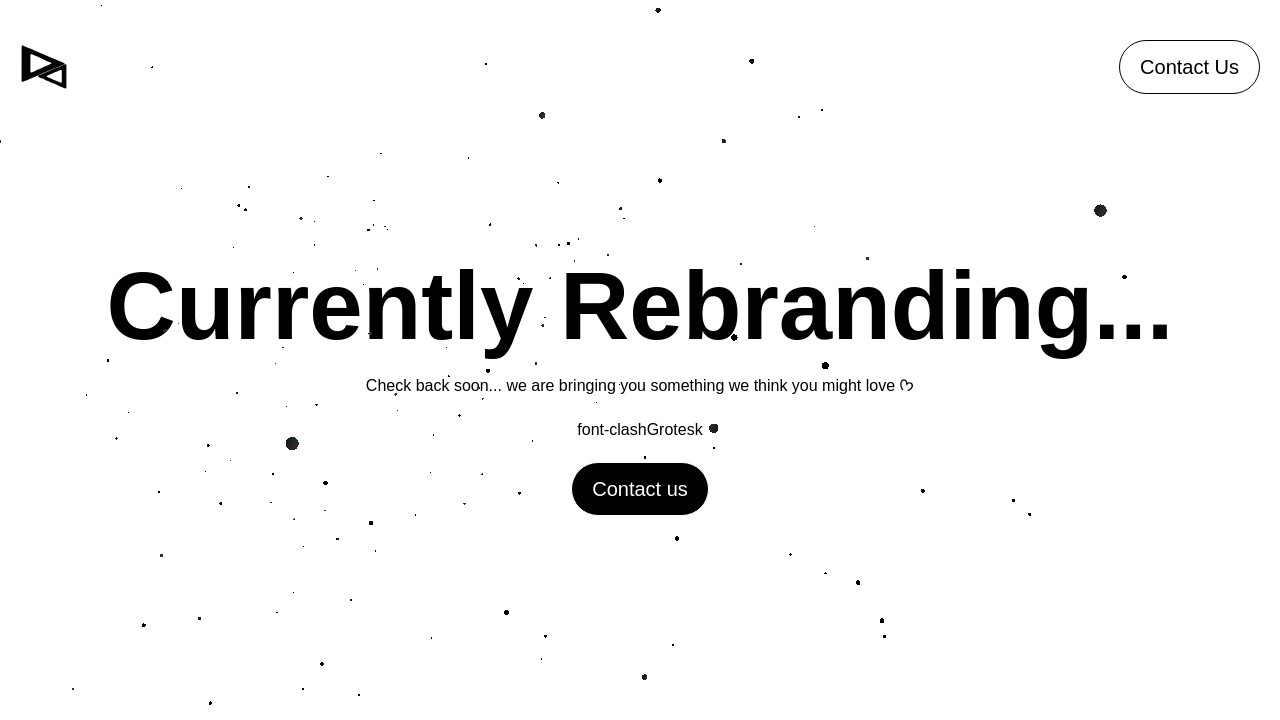
Repository: Cybugg/Nexxistudios-new
Page: /
These files come from the project's save history. The page is drawn as it stood at one moment and after the next save; the edit follows.
The browser window is 1280 px wide. The pictures show the whole page.
The project was rebuilt for these pictures with package versions that can differ from the ones it lists, and the page was loaded fresh each time. The framework's server and built-in components were replaced by stand-ins that run in the browser. Also part of the build but not shown: next.config.mjs.

Above is the page before, as saved 2025-09-06 16:10:15.

After the next save:
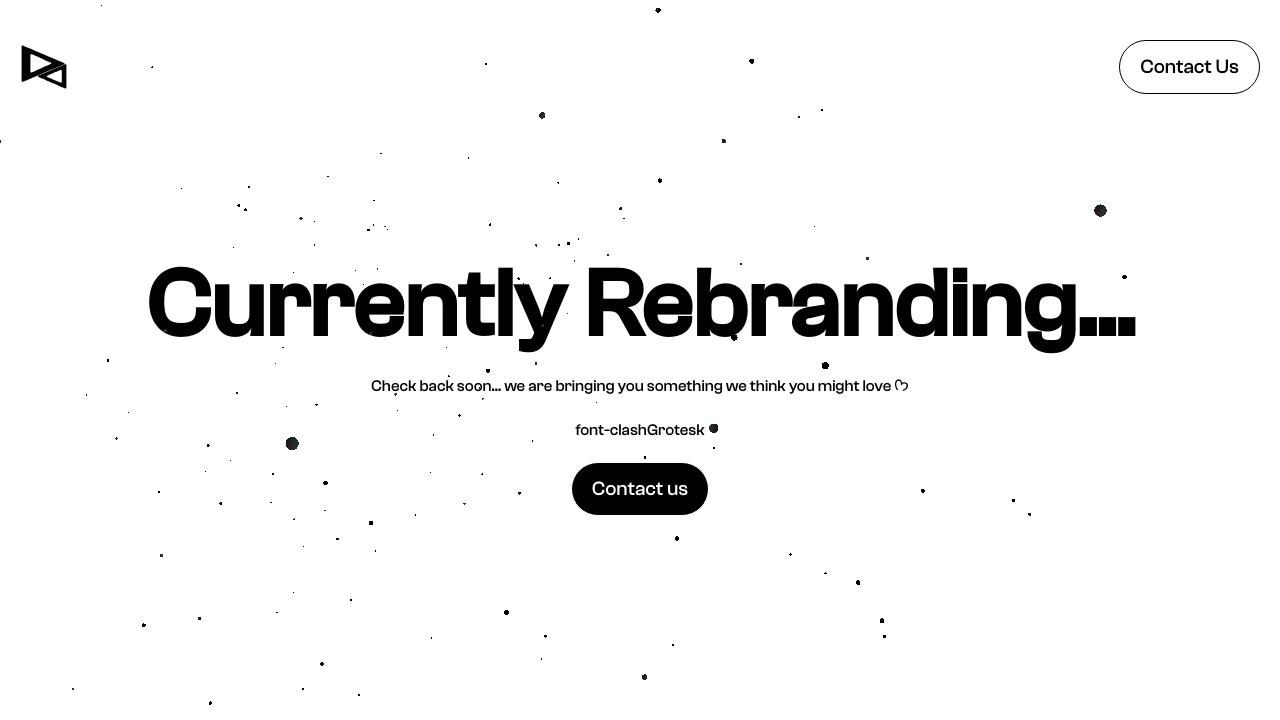
Saved 18 s later.
--- a/app/globals.css
+++ b/app/globals.css
@@ -10,7 +10,7 @@
   --color-foreground: var(--foreground);
   --font-sans: var(--font-geist-sans);
   --font-mono: var(--font-geist-mono);
-  ---font-clashGrotesk: var(--font-clashGrotesk)
+  --font-clashGrotesk: var(--font-clashGrotesk)
 }
 
 @media (prefers-color-scheme: dark) {

After the save that followed:
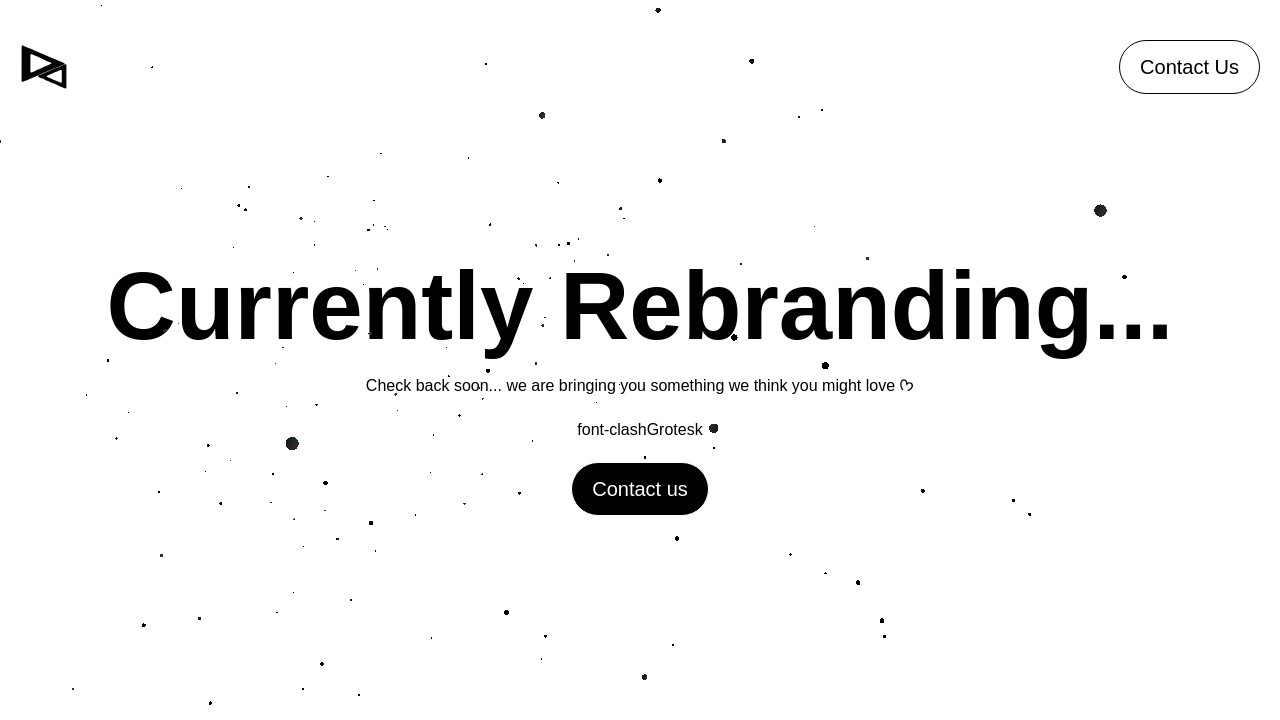
Saved 79 s later.
--- a/app/globals.css
+++ b/app/globals.css
@@ -10,7 +10,7 @@
   --color-foreground: var(--foreground);
   --font-sans: var(--font-geist-sans);
   --font-mono: var(--font-geist-mono);
-  --font-clashGrotesk: var(--font-clashGrotesk)
+
 }
 
 @media (prefers-color-scheme: dark) {
